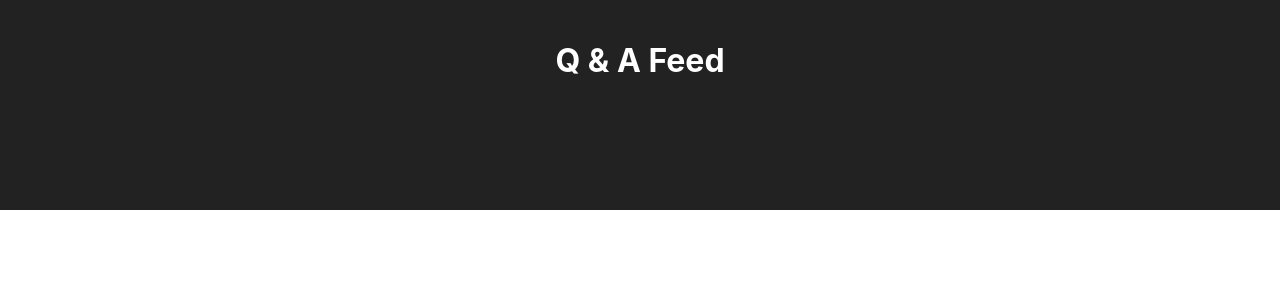
Repository: chasethesky79/stackoverflow
Page: /
These files come from the project's save history. The page is drawn as it stood at one moment and after the next save; the edit follows.
The browser window is 1280 px wide. The pictures show the whole page.
The project was rebuilt for these pictures with package versions that can differ from the ones it lists, and the page was loaded fresh each time. Also part of the build but not shown: src/App.css.

Above is the page before, as saved 2021-03-06 16:16:47.

### src/App.tsx
import React from 'react';
import './App.css';
import { AppWrapper, GlobalStyle } from './styled-components/styled-components';
import { Header } from './components/Header';

function App() {
  return (
    <>
    <GlobalStyle/>
    <AppWrapper>
      <Header/>
    </AppWrapper>
    </>
  );
}

export default App;

### src/styled-components/styled-components.ts
import styled, { createGlobalStyle } from 'styled-components';

export const GlobalStyle = createGlobalStyle`
body {
    margin: 0;
    font-family: -apple-system, BlinkMacSystemFont, 'Segoe UI', 'Roboto', 'Oxygen',
      'Ubuntu', 'Cantarell', 'Fira Sans', 'Droid Sans', 'Helvetica Neue',
      sans-serif;
    -webkit-font-smoothing: antialiased;
    -moz-osx-font-smoothing: grayscale;
}`

export const AppWrapper = styled.div`
text-align: center
`

export const HeaderWrapper = styled.header`
text-align: center;
background-color: #222;
height: 170px;
padding: 20px;
color: white;
`

export const Title = styled.h1`
pointer-events: none;
`;

### src/components/Header.tsx
import React from 'react';
import { Helmet } from 'react-helmet';
import { HeaderWrapper, Title } from '../styled-components/styled-components';

export const Header = () => {
    return (
        <>
            <Helmet>
                <html lang="en" />
                <title>Hello from React Helmet</title>
                <meta name='description' content='Basic Example'/>
            </Helmet>
            <HeaderWrapper>
                <Title>Q & A Feed</Title>
            </HeaderWrapper>
        </>
    )
}

Loaded but not shown: public/index.html (common file); src/index.tsx (common file); src/index.css (common file); src/reportWebVitals.ts (common file)

After the next save:
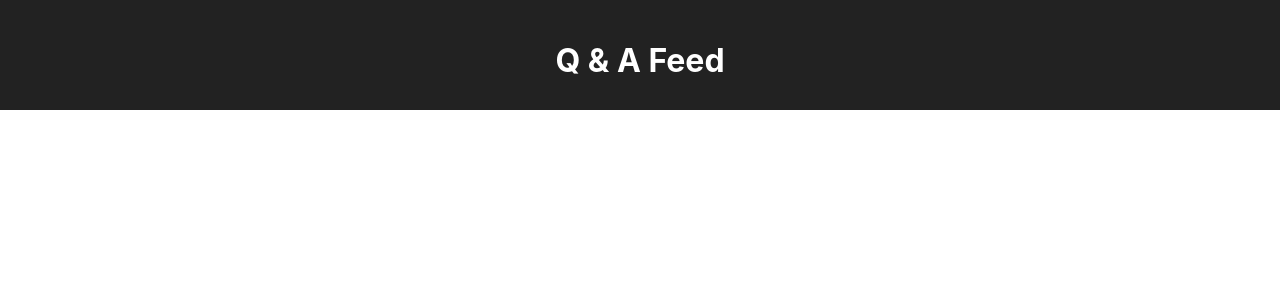
Saved 86 s later.
--- a/src/styled-components/styled-components.ts
+++ b/src/styled-components/styled-components.ts
@@ -17,7 +17,7 @@ text-align: center
 export const HeaderWrapper = styled.header`
 text-align: center;
 background-color: #222;
-height: 170px;
+height: 70px;
 padding: 20px;
 color: white;
 `
